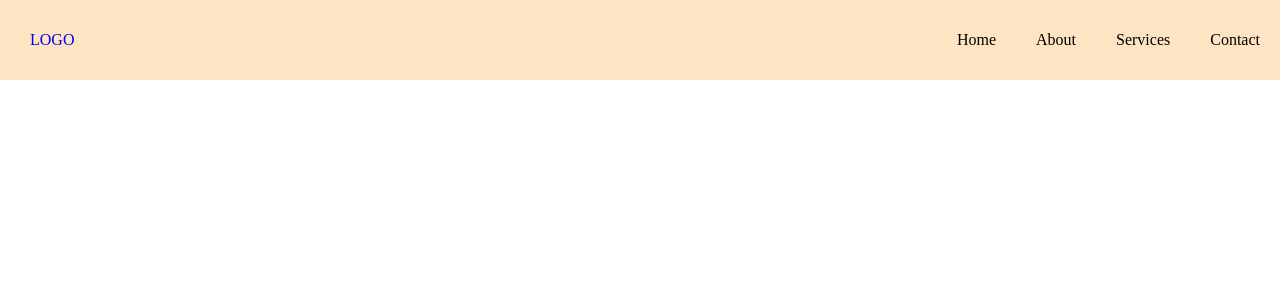
Repository: chanchalsaini/React-WUI
Page: /
The author's editor kept a copy of each file at every save. The page is drawn from the files as they stood at one save, then again after the next save.
The browser window is 1280 px wide. The pictures show the whole page.
The project was rebuilt for these pictures with package versions that can differ from the ones it lists, and the page was loaded fresh each time.

Above is the page before, as saved 2020-09-21 21:56:40.

### src/index.js
import React from "react";
import ReactDOM from "react-dom";

import App from "./App";
import * as serviceWorker from "./serviceWorker";

ReactDOM.render(
  <React.StrictMode>
    <App />
  </React.StrictMode>,
  document.getElementById("root")
);

serviceWorker.unregister();

### src/App.js
import React, { Fragment } from "react";
import Navbar from "./components/Navbar";
import "./App.css";

function App() {
  return (
    <Fragment>
      <Navbar />
    </Fragment>
  );
}

export default App;

### src/components/Navbar.js
import React from "react";

function Navbar() {
  return (
    <header>
      <a href='/' className='logo'>
        LOGO
      </a>
      <ul className='links'>
        <a href='#' className='link'>
          <li>Home</li>
        </a>
        <a href='#' className='link'>
          <li>About</li>
        </a>
        <a href='#' className='link'>
          <li>Services</li>
        </a>
        <a href='#' className='link'>
          <li>Contact</li>
        </a>
      </ul>
    </header>
  );
}

export default Navbar;

### src/App.css
* {
  margin: 0px;
}
header {
  background-color: bisque;
  display: flex;
  justify-content: space-between;
  align-items: center;
  position: fixed;
  width: 100%;
  height: 80px;
}
.logo {
  text-decoration: none;
  margin-left: 30px;
}
.links {
  list-style: none;
  display: flex;
  align-items: center;
}
.link {
  text-decoration: none;
  color: black;
  margin: 0px 20px;
}

Loaded but not shown: public/index.html (common file); src/serviceWorker.js (common file)

After the next save:
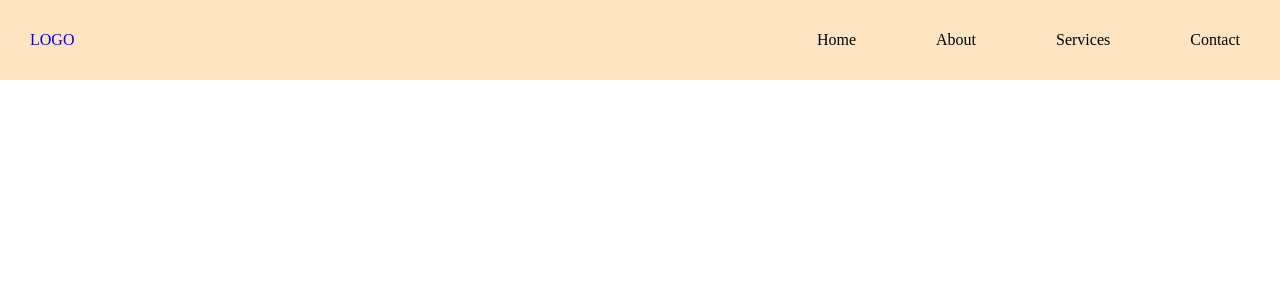
Saved 6 s later.
--- a/src/App.css
+++ b/src/App.css
@@ -22,5 +22,5 @@ header {
 .link {
   text-decoration: none;
   color: black;
-  margin: 0px 20px;
+  margin: 0px 40px;
 }
